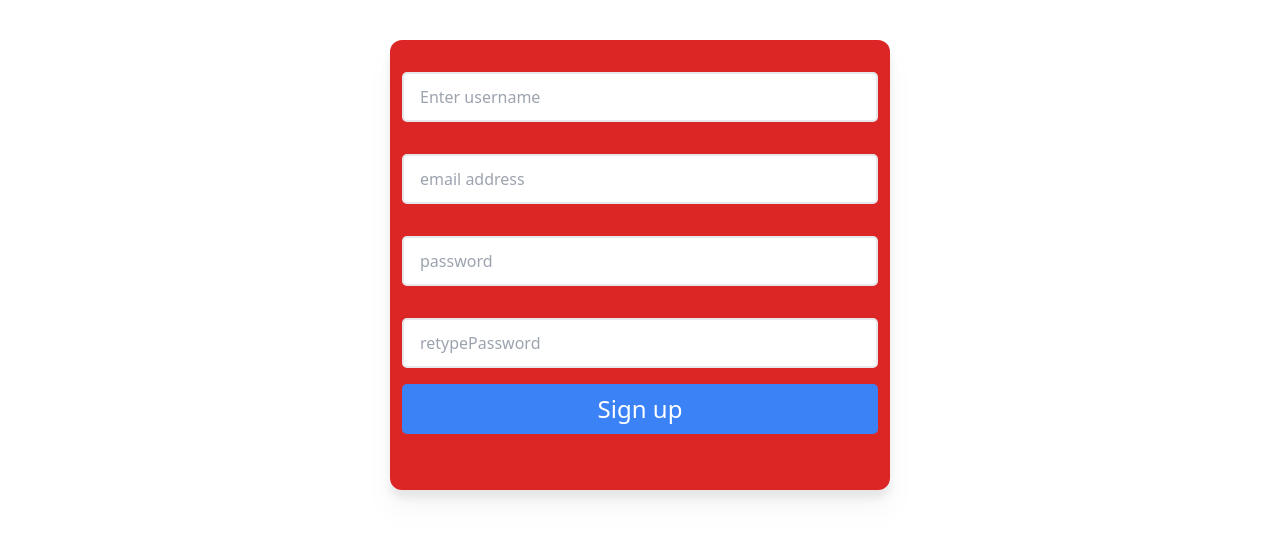
Repository: miraclesamson/e-commerce
Page: /
An editor plug-in stored every save of this project. The page is shown before and after the next save, followed by the edit.
The browser window is 1280 px wide. The pictures show the whole page.
The page's requests for data from a server got no answer. Some web libraries are served in a nearby version. The project was rebuilt for these pictures with package versions that can differ from the ones it lists, and the page was loaded fresh each time. No one was signed in, and anything a server would have sent is missing.

Above is the page before, as saved 2022-09-04 07:37:17.

### public/index.html
<!DOCTYPE html>
<html lang="en">

<head>
  <meta charset="utf-8" />
  <link rel="icon" href="%PUBLIC_URL%/favicon.ico" />
  <meta name="viewport" content="width=device-width, initial-scale=1" />
  <meta name="theme-color" content="#000000" />
  <meta name="description" content="Web site created using create-react-app" />
  <link rel="apple-touch-icon" href="%PUBLIC_URL%/logo192.png" />
  <!--
      manifest.json provides metadata used when your web app is installed on a
      user's mobile device or desktop. See https://developers.google.com/web/fundamentals/web-app-manifest/
    -->
  <link rel="manifest" href="%PUBLIC_URL%/manifest.json" />
  <!--
      Notice the use of %PUBLIC_URL% in the tags above.
      It will be replaced with the URL of the `public` folder during the build.
      Only files inside the `public` folder can be referenced from the HTML.

      Unlike "/favicon.ico" or "favicon.ico", "%PUBLIC_URL%/favicon.ico" will
      work correctly both with client-side routing and a non-root public URL.
      Learn how to configure a non-root public URL by running `npm run build`.
    -->
  <title>React App</title>
  <script src="https://kit.fontawesome.com/2345683446.js" crossorigin="anonymous"></script>
</head>

<body>
  <noscript>You need to enable JavaScript to run this app.</noscript>
  <div id="root"></div>
  <!--
      This HTML file is a template.
      If you open it directly in the browser, you will see an empty page.

      You can add webfonts, meta tags, or analytics to this file.
      The build step will place the bundled scripts into the <body> tag.

      To begin the development, run `npm start` or `yarn start`.
      To create a production bundle, use `npm run build` or `yarn build`.
    -->
</body>

</html>

### src/App.js
import React, { useEffect, useState } from "react";

import { fireAuth } from "./firebase";
import Signup from "./pages/Signup";

function App() {
  const [user, setUser] = useState();

  const onAuthStateChange = (user) => {
    setUser(user);
  };

  useEffect(() => {
    const subscriber = fireAuth.onAuthStateChanged(onAuthStateChange);

    // console.log(subscriber);
    return subscriber; // unsubscribe on unmount
  }, []);

  return <Signup />;
}

export default App;

### src/firebase.js
// Import the functions you need from the SDKs you need
import { initializeApp } from "firebase/app";
import { getAnalytics } from "firebase/analytics";
import { getFirestore } from "firebase/firestore";
import { getAuth } from "firebase/auth";

// TODO: Add SDKs for Firebase products that you want to use
// https://firebase.google.com/docs/web/setup#available-libraries

// Your web app's Firebase configuration
// For Firebase JS SDK v7.20.0 and later, measurementId is optional
const firebaseConfig = {
  apiKey: "AIzaSyCPRbN0p39vfpSQbeUfPQqL-eSKSP4enuo",
  authDomain: "e-commerce-fe56b.firebaseapp.com",
  projectId: "e-commerce-fe56b",
  storageBucket: "e-commerce-fe56b.appspot.com",
  messagingSenderId: "989187869030",
  appId: "1:989187869030:web:b68d76a53f95698398e0a7",
  measurementId: "G-1KH0YDN1NY",
};

// Initialize Firebase
export const app = initializeApp(firebaseConfig);
export const analytics = getAnalytics(app);
export const fireStore = getFirestore(app);
export const fireAuth = getAuth(app);

### src/pages/Signup.jsx
import React from "react";
import * as Yup from "yup";
import { useFormik } from "formik";
import { createUserWithEmailAndPassword } from "firebase/auth";

import { fireAuth } from "../firebase";

const validationSchema = Yup.object({
  username: Yup.string()
    .min(8)
    .label("username")
    .required("username is required")
    .matches(
      /^(?=.*[a-z])(?=.*[A-Z])(?=.*\d)(?=.*[@$!%*?&])[A-Za-z\d@$!%*?&]{6,}$/
    ),
  email: Yup.string()
    .email("Invalid email address")
    .label("Email")
    .required("Email is Required"),
  password: Yup.string()
    .min(8, "Must be 6 characters or more")
    .matches(
      /^(?=.*[a-z])(?=.*[A-Z])(?=.*\d)(?=.*[@$!%*?&])[A-Za-z\d@$!%*?&]{6,}$/,
      "Password must contain at least one lowercase letter, one uppercase letter, one number and one special character"
    )
    .label("Password")
    .required("Password is required"),
  retypePassword: Yup.string()
    .required("Please retype your password.")
    .oneOf([Yup.ref("password")], "Your passwords do not match."),
});

function Signup() {
  const formik = useFormik({
    initialValues: {
      username: "",
      email: "",
      password: "",
    },
    validationSchema: validationSchema,
    onSubmit: (values) => {
      console.log(values);
      createUserWithEmailAndPassword(
        fireAuth,
        values.username,
        values.email,
        values.password,
        values.retypePassword
      )
        .then((userCredential) => {
          // Signed in
          const user = userCredential.user;
          console.log(user);
          // ...
        })
        .catch((error) => {
          const errorCode = error.code;
          const errorMessage = error.message;
          console.log(errorMessage);
          // ..
        });
    },
  });

  return (
    <div className="flex justify-center items-center mt-10">
      <div className="bg-red-600 w-[500px] h-[450px] drop-shadow-xl rounded-xl px-3">
        <form onSubmit={formik.handleSubmit} className="w-full">
          <div className="mb-4 mt-4">
            <input
              id="username"
              type="text"
              placeholder="Enter username"
              className="h-[50px] p-4 w-full border-2 rounded-[5px] mt-4"
              {...formik.getFieldProps("username")}
            />
            {formik.touched.username && formik.errors.username ? (
              <div>{formik.errors.username}</div>
            ) : null}
          </div>
          <div className="mb-4 mt-4">
            <input
              id="email"
              type="text"
              {...formik.getFieldProps("email")}
              placeholder="email address"
              className="h-[50px] p-4 w-full border-2 rounded-[5px] mt-4"
            />
            {formik.touched.email && formik.errors.email ? (
              <div>{formik.errors.email}</div>
            ) : null}
          </div>

          <div className="mb-4">
            <input
              id="password"
              type="text"
              placeholder="password"
              {...formik.getFieldProps("password")}
              className="h-[50px] p-4 w-full border-2 rounded-[5px] mt-4"
            />
            {formik.touched.password && formik.errors.password ? (
              <div>{formik.errors.password}</div>
            ) : null}
          </div>

          <div className="mb-4">
            <input
              id="retypePassword"
              type="text"
              placeholder="retypePassword"
              {...formik.getFieldProps("retypePassword")}
              className="h-[50px] p-4 w-full border-2 rounded-[5px] mt-4"
            />
            {formik.touched.retypePassword && formik.errors.retypePassword ? (
              <div>{formik.errors.retypePassword}</div>
            ) : null}
          </div>

          <button
            type="submit"
            className="bg-blue-500 w-full h-[50px] rounded-[5px] text-white font-medium text-[24px]"
          >
            Sign up
          </button>
        </form>
      </div>
    </div>
  );
}
export default Signup;

Loaded but not shown: src/index.js (common file); src/index.css (common file); src/reportWebVitals.js (common file); tailwind.config.js (common file)

After the next save:
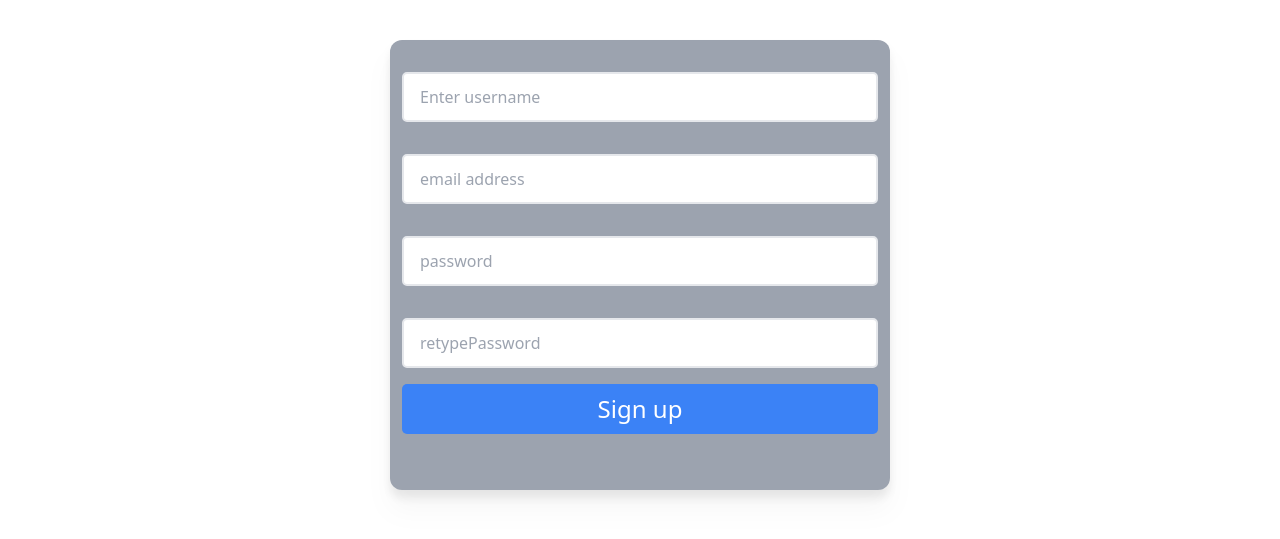
Saved 6 min 22 s later.
--- a/src/pages/Signup.jsx
+++ b/src/pages/Signup.jsx
@@ -64,7 +64,7 @@ function Signup() {
 
   return (
     <div className="flex justify-center items-center mt-10">
-      <div className="bg-red-600 w-[500px] h-[450px] drop-shadow-xl rounded-xl px-3">
+      <div className="bg-gray-400 w-[500px] h-[450px] drop-shadow-xl rounded-xl px-3">
         <form onSubmit={formik.handleSubmit} className="w-full">
           <div className="mb-4 mt-4">
             <input
